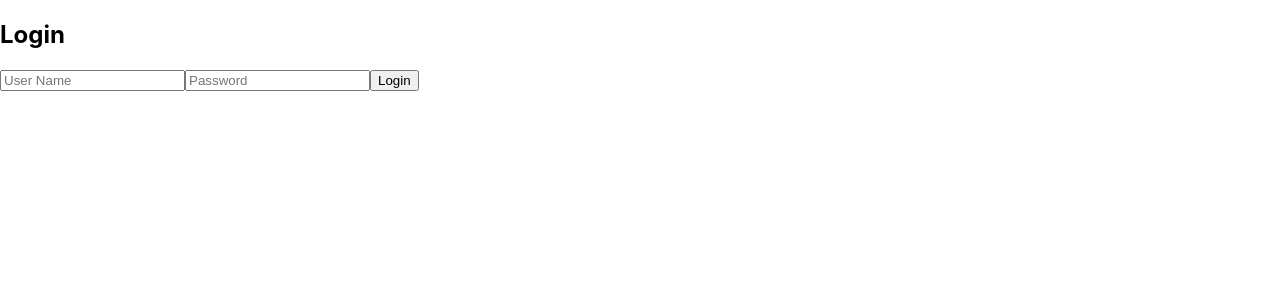
Repository: dechavez4/CA3_frontend
Page: /
An editor plug-in stored every save of this project. The page is shown before and after a run of saves, followed by the edit.
The browser window is 1280 px wide. The pictures show the whole page.
The project was rebuilt for these pictures with package versions that can differ from the ones it lists, and the page was loaded fresh each time.

Above is the page before, as saved 2019-11-14 11:42:18.

### src/index.css
body {
  margin: 0;
  font-family: -apple-system, BlinkMacSystemFont, "Segoe UI", "Roboto", "Oxygen",
    "Ubuntu", "Cantarell", "Fira Sans", "Droid Sans", "Helvetica Neue",
    sans-serif;
  -webkit-font-smoothing: antialiased;
  -moz-osx-font-smoothing: grayscale;
}

code {
  font-family: source-code-pro, Menlo, Monaco, Consolas, "Courier New",
    monospace;
}

ul.header {
  list-style-type: none;
  margin: 0;
  padding: 0;
  overflow: hidden;
  background-color: #333;
 }

 ul.header li { float: left;}

 ul.header li a {
  display: block;
  color: white;
  text-align: center;
  padding: 14px 16px;
  text-decoration: none;
 }
 ul.header li a:hover:not(.active) { background-color: #111;}
 .active { background-color: #4CAF50;}

### src/App.js
import React, { useState, useEffect } from "react"
import { BrowserRouter as Router } from "react-router-dom"
import { NavLink, Switch, Route } from "react-router-dom"
import facade from "./apiFacade";

const Home = () => (
  <div>
    <h1>Home</h1>
  </div>
)

const Products = () => (
  <div>
    <h1>People</h1>
  </div>
)

const Company = () => (
  <div>
    <h1>Company</h1>
  </div>
)
const Header = () => {
  if (facade.getRole() === "admin") {
    return (
      <ul className="header">
        <li>
          <NavLink className="active" to="/Home">Home</NavLink>
        </li>
        <li>
          <NavLink className="active" to="/Products">People</NavLink>
        </li>
        <li>
          <NavLink className="active" to="Company">Company</NavLink>
        </li>
      </ul>
    );
  }
  return facade.getRole() === "user";

}
const Content = props => {
  return (
    <Switch>
      <Route exact path="/Home" />
      <Home />
      <Route path="P/Products" />
      <Products />
      <Route path="Company"/>
        <Company/>
    </Switch>
  )
}


function LogIn({ login }) {
  const init = { username: "", password: "" };
  const [loginCredentials, setLoginCredentials] = useState(init);

  const performLogin = (evt) => {
    evt.preventDefault();
    login(loginCredentials.username, loginCredentials.password);
  }
  const onChange = (evt) => {
    setLoginCredentials({ ...loginCredentials, [evt.target.id]: evt.target.value })
  }

  return (
    <div>
      <h2>Login</h2>
      <form onChange={onChange} >
        <input placeholder="User Name" id="username" />
        <input placeholder="Password" id="password" />
        <button onClick={performLogin}>Login</button>
      </form>
    </div>
  )

}
function LoggedIn() {
  const [dataFromServer, setDataFromServer] = useState("Loading...")

  useEffect(() => {
    facade.fetchData().then(data => setDataFromServer(data.msg));
  },
    [])
  return (
    <div className="App">
      <Router>
        <Header />

        <h2>Data Received from server</h2>
        <h3>{dataFromServer}</h3>
      </Router>
    </div>
  )

}

function App() {
  const [loggedIn, setLoggedIn] = useState(false)

  const logout = () => {
    facade.logout()
    setLoggedIn(false)
  }
  const login = (user, pass) => {
    facade.login(user, pass)
      .then(res => setLoggedIn(true));
  }

  return (
    <div>
      {!loggedIn ? (<LogIn login={login} />) :
        (<div>
          <LoggedIn />
          <button onClick={logout}>Logout</button>
        </div>)}

    </div>
  )

}
export default App;

### src/apiFacade.js
const URL = "http://localhost:8080/securitystarter";

function handleHttpErrors(res) {
    if (!res.ok) {
        return Promise.reject({ status: res.status, fullError: res.json() })
    }
    return res.json();
}

function apiFacade() {
    /* Insert utility-methods from a latter step (d) here (REMEMBER to uncomment in the returned object when you do)*/

    const setToken = (token) => {
        localStorage.setItem('jwtToken', token)
    }
    const getToken = () => {
        return localStorage.getItem('jwtToken')
    }
    const loggedIn = () => {
        const loggedIn = getToken() != null;
        return loggedIn;
    }
    const logout = () => {
        localStorage.removeItem("jwtToken");
    }

    const getRole = () => {
        let jwt = localStorage.getItem("jwtToken");
        let jwtdata = jwt.split(".")[1];
        let decodedJwtJsonData = window.atob(jwtdata);
        let decodedJwtData = JSON.parse(decodedJwtJsonData);
        //console.log(decodedJwtData);
        return decodedJwtData.roles;

    }

    const login = (user, password) => {
        const options = makeOptions("POST", true, { username: user, password: password });
        return fetch(URL + "/api/login", options)
            .then(handleHttpErrors)
            .then(res => { setToken(res.token) })
    }
    const fetchData = () => {
        const options = makeOptions("GET", true); //True add's the token
        if (getRole() === "admin") {
            return fetch(URL + "/api/info/admin", options).then(handleHttpErrors);
        }
        return fetch(URL + "/api/info/user", options).then(handleHttpErrors);
    }
    const makeOptions = (method, addToken, body) => {
        var opts = {
            method: method,
            headers: {
                "Content-type": "application/json",
                'Accept': 'application/json',
            }
        }
        if (addToken && loggedIn()) {
            opts.headers["x-access-token"] = getToken();
        }
        if (body) {
            opts.body = JSON.stringify(body);
        }
        return opts;
    }
    return {
        makeOptions,
        setToken,
        getToken,
        loggedIn,
        login,
        logout,
        fetchData,
        getRole
    }
}
const facade = apiFacade();
export default facade;

Loaded but not shown: public/index.html (common file); src/index.js (common file)

After the next 2 saves:
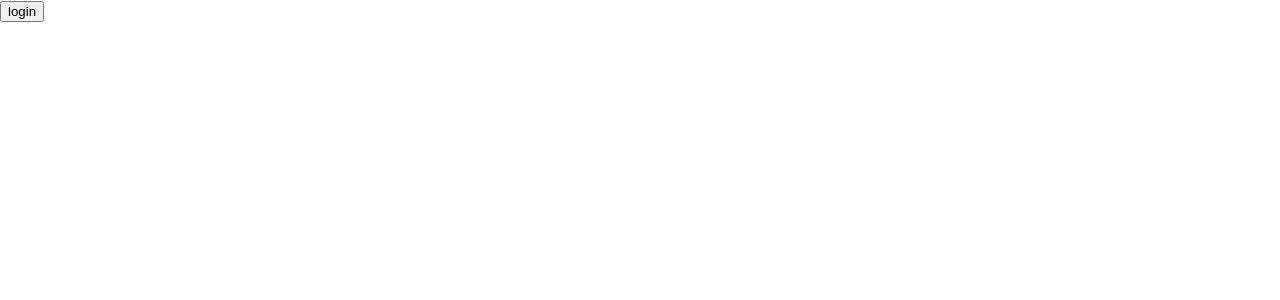
The 2 saves are shown as one change because 1 did not build or start.
The last was saved 2 min 56 s later.
--- a/src/App.js
+++ b/src/App.js
@@ -111,7 +111,10 @@
 
   return (
     <div>
-      {!loggedIn ? (<LogIn login={login} />) :
+
+      {!loggedIn ? (
+        <button onClick={login}>login</button>
+      ) :
         (<div>
           <LoggedIn />
           <button onClick={logout}>Logout</button>

After the 4 saves that followed:
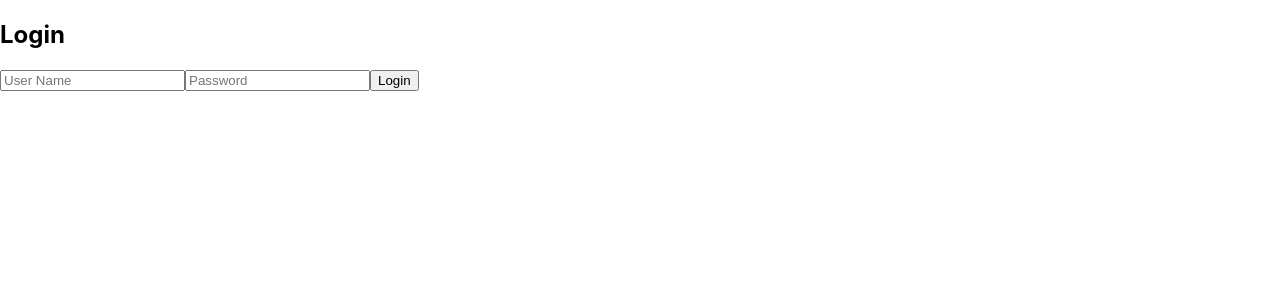
The 4 saves are shown as one change because 1 did not build or start and 1 left the picture as it was and some came seconds apart.
The last was saved 54 s later.
--- a/src/App.js
+++ b/src/App.js
@@ -112,9 +112,7 @@
   return (
     <div>
 
-      {!loggedIn ? (
-        <button onClick={login}>login</button>
-      ) :
+      {!loggedIn ? (<LogIn login={login} />) :
         (<div>
           <LoggedIn />
           <button onClick={logout}>Logout</button>
